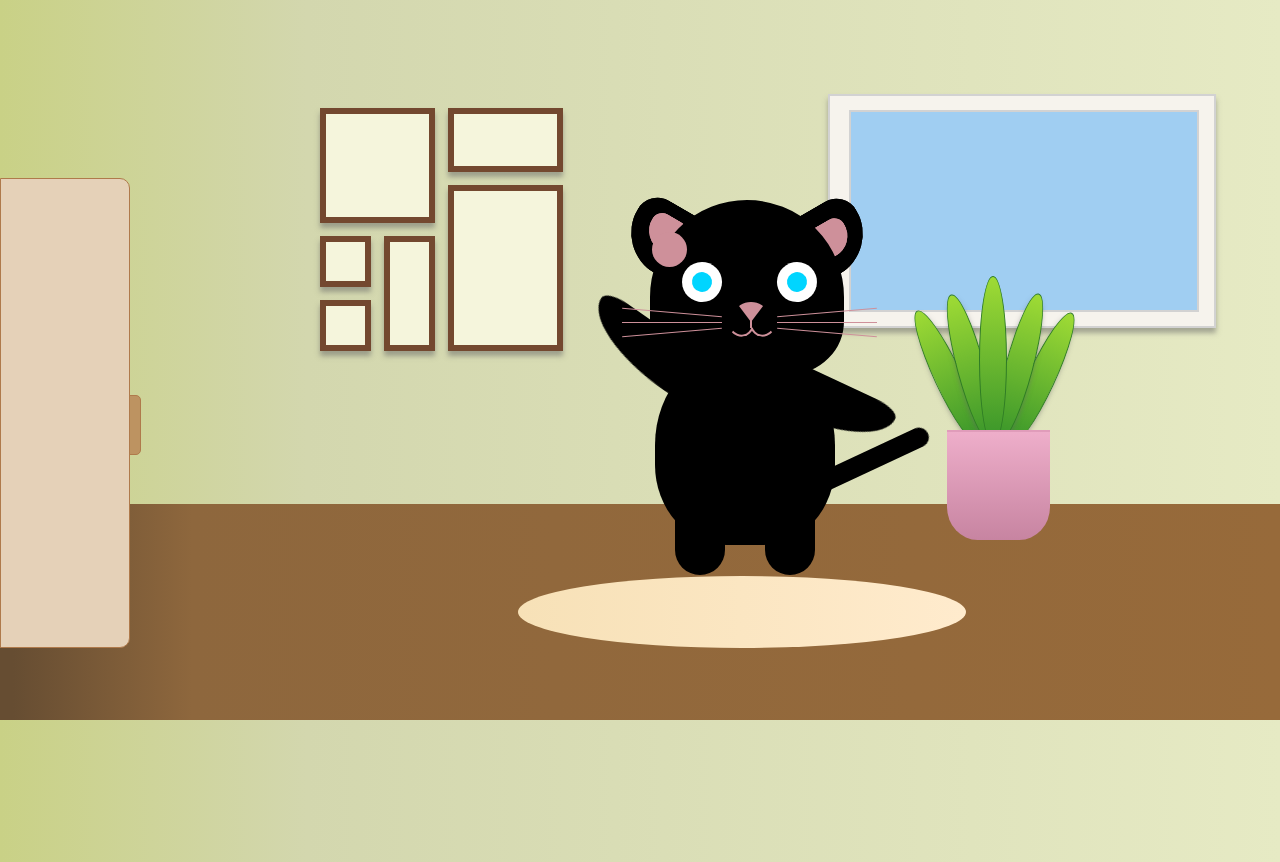
Repository: SandyLy453/COMP-2170-team-project
Page: index.html
An editor plug-in stored every save of this project. The page is shown before and after the next save, followed by the edit.
The browser window is 1280 px wide. The pictures show the whole page.

Above is the page before, as saved 2024-05-03 14:48:15.

After the next save:
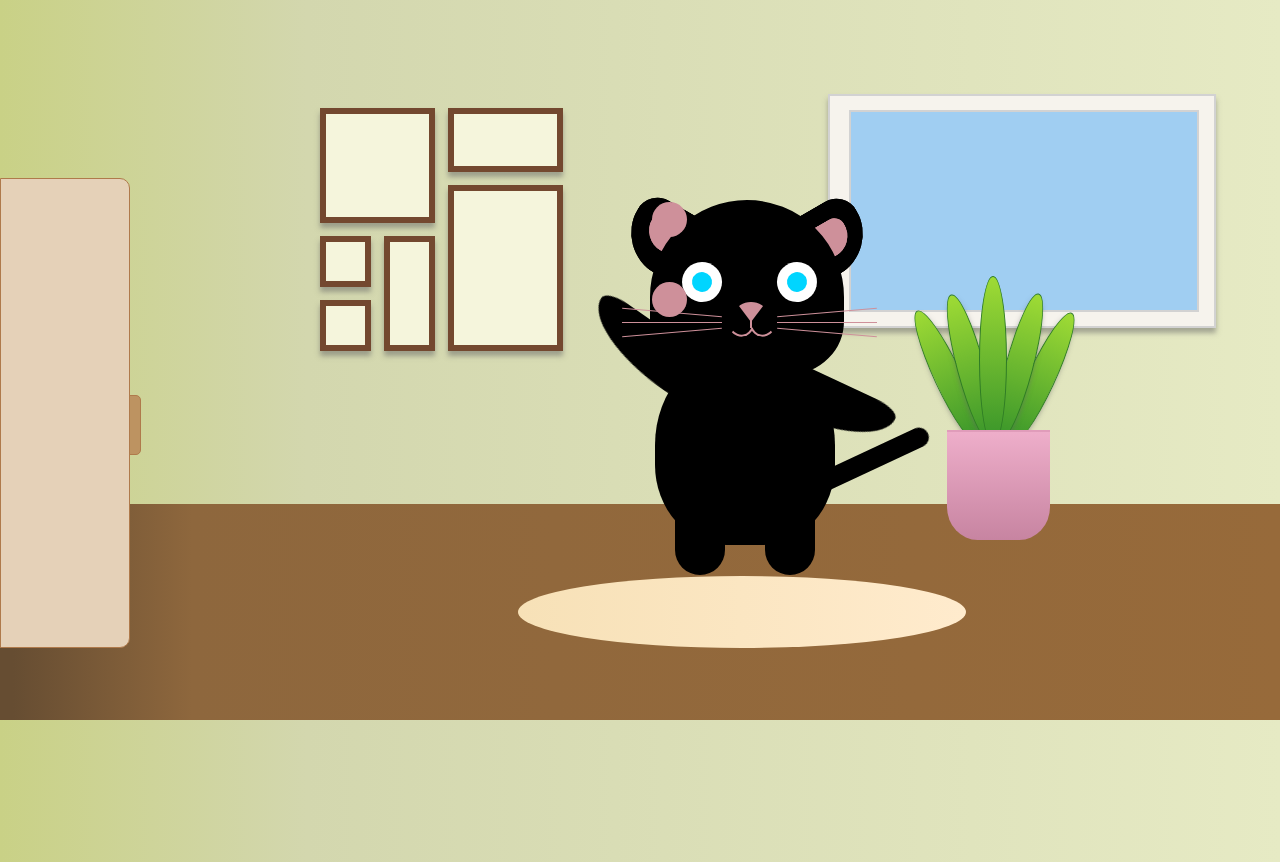
Saved 10 s later.
--- a/styles.css
+++ b/styles.css
@@ -423,11 +423,15 @@ body {
     height: 35px;
     background-color: rgb(206, 144, 154);
     border-radius: 100px;
-    top: 30px;
+    top: 80px;
 }
 
 .right-blush {
     position: absolute;
+    width: 35px;
+    height: 35px;
+    background-color: rgb(206, 144, 154);
+    border-radius: 100px;
 }
 
 .left-line {
